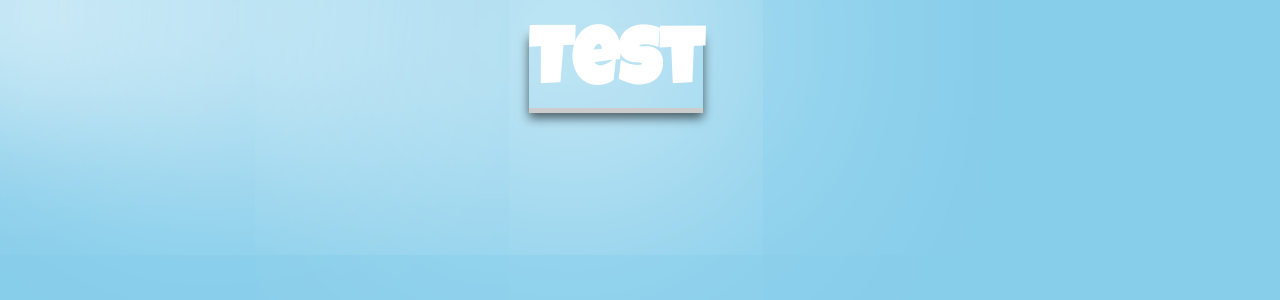
Repository: BlackCat328/CSS_Animation
Page: 2.文字弹动/index.html
The author's editor kept a copy of each file at every save. The page is drawn from the files as they stood at one save, then again after the next save.
The browser window is 1280 px wide. The pictures show the whole page.

Above is the page before, as saved 2022-11-13 20:42:29.

After the next save:
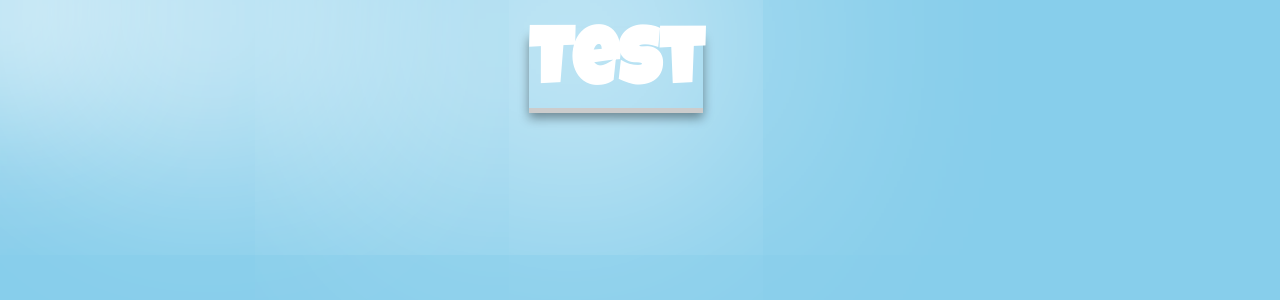
Saved 5 s later.
--- a/2.文字弹动/index.css
+++ b/2.文字弹动/index.css
@@ -58,5 +58,5 @@ h1 span {
         0 7px 0 transparent,
         0 8px 0 transparent,
         0 9px 0 transparent,
-        0 10px 10px rgba(0, 0, 0, 0.6);
+        0 10px 10px rgba(0, 0, 0, 0.4);
 }
